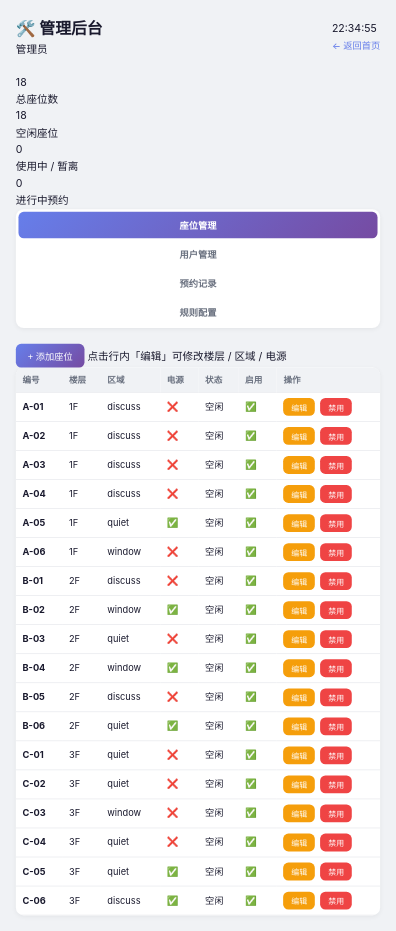
Repository: kinyono/library_seat_system
Page: admin.html
The author's editor kept a copy of each file at every save. The page is drawn from the files as they stood at one save, then again after the next save.
The browser window is 600 px wide. The pictures show the whole page, at 66% of full size.

Above is the page before, as saved 2026-09-24 10:26:20.

After the next save:
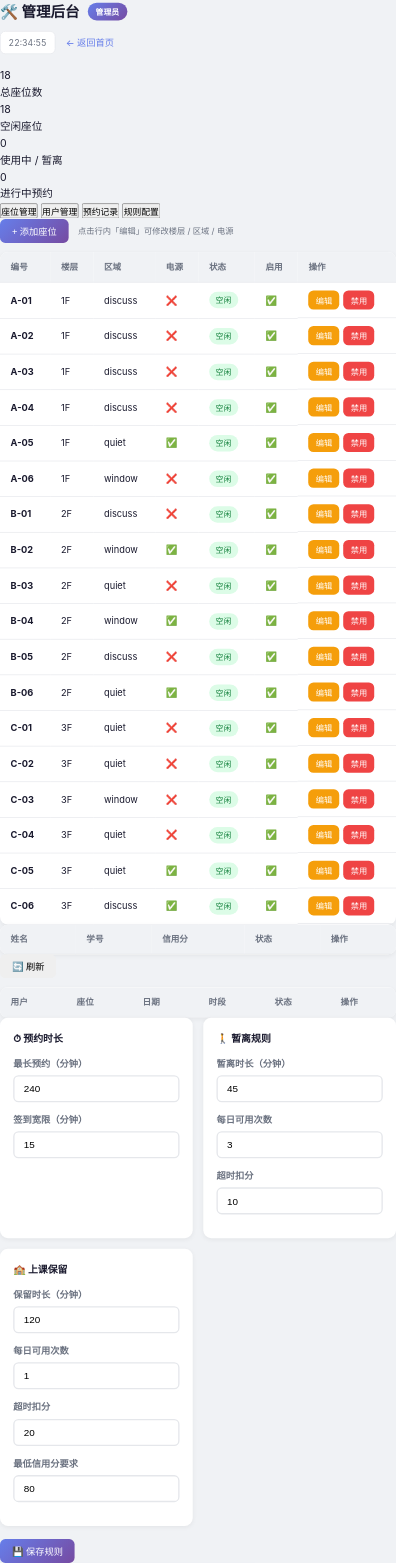
Saved 12 s later.
--- a/css/admin.css
+++ b/css/admin.css
@@ -1,24 +1,64 @@
-.admin-container { max-width: 950px; margin: 0 auto; padding: 24px; }
-.admin-header { display: flex; justify-content: space-between; align-items: center; margin-bottom: 24px; }
-.admin-header h1 { font-size: 24px; }
+/* ===== 后台头部 ===== */
+.admin-header { display: flex; justify-content: space-between; align-items: center; margin-bottom: 20px; flex-wrap: wrap; gap: 12px; }
+.header-left { display: flex; align-items: center; gap: 12px; }
+.header-left h1 { font-size: 22px; }
+.header-right { display: flex; align-items: center; gap: 16px; }
+.admin-badge { background: linear-gradient(135deg, var(--primary), var(--secondary)); color: #fff; padding: 4px 12px; border-radius: 999px; font-size: 12px; font-weight: 600; }
+.realtime-clock { font-size: 13px; color: var(--text-secondary); font-variant-numeric: tabular-nums; padding: 6px 12px; background: var(--bg-white); border: 1px solid var(--border-color); border-radius: var(--radius-sm); }
 .back-link { color: var(--primary); font-weight: 500; font-size: 14px; }
 .back-link:hover { text-decoration: underline; }
-.tabs { display: flex; gap: 4px; margin-bottom: 24px; background: var(--bg-white); border-radius: var(--radius-md); padding: 4px; box-shadow: var(--shadow-sm); }
-.tab-btn { flex: 1; padding: 10px 16px; border: none; background: transparent; border-radius: var(--radius-sm); cursor: pointer; font-size: 14px; font-weight: 600; color: var(--text-secondary); transition: var(--transition); white-space: nowrap; }
-.tab-btn.active { background: linear-gradient(135deg, var(--primary), var(--secondary)); color: #fff; }
-.tab-btn:hover:not(.active) { background: var(--bg-light); }
-.tab-content { display: none; }
-.tab-content.active { display: block; }
-.table-wrapper { overflow-x: auto; background: var(--bg-white); border-radius: var(--radius-md); box-shadow: var(--shadow-sm); }
+
+/* ===== Tab 工具栏 ===== */
+.tab-toolbar { display: flex; align-items: center; gap: 14px; margin-bottom: 14px; flex-wrap: wrap; }
+.toolbar-hint { font-size: 12.5px; color: var(--text-secondary); }
+
+/* ===== 表格 ===== */
+.table-wrapper { background: var(--bg-white); border-radius: var(--radius-md); box-shadow: var(--shadow-sm); overflow-x: auto; }
 table { width: 100%; border-collapse: collapse; }
-th, td { padding: 12px 16px; text-align: left; border-bottom: 1px solid var(--border-color); }
+th, td { padding: 12px 16px; text-align: left; border-bottom: 1px solid var(--border-color); font-size: 14px; }
 th { background: var(--bg-light); font-weight: 600; color: var(--text-secondary); font-size: 13px; }
-td { font-size: 14px; }
-.action-btns { display: flex; gap: 8px; flex-wrap: wrap; }
-.action-btns .btn { font-size: 12px; padding: 5px 12px; }
-.rules-grid { display: grid; grid-template-columns: repeat(auto-fit, minmax(250px, 1fr)); gap: 16px; }
+tbody tr:hover { background: rgba(102,126,234,0.04); }
+.action-btns { display: flex; gap: 6px; flex-wrap: wrap; }
+.btn-sm { padding: 5px 11px; font-size: 12.5px; }
+.empty-cell { text-align: center; color: var(--text-secondary); padding: 30px 16px !important; }
+
+/* ===== 状态标签 ===== */
+.status-tag { display: inline-block; padding: 3px 10px; border-radius: 999px; font-size: 12px; font-weight: 500; white-space: nowrap; }
+.status-tag.status-free       { background: #dcfce7; color: #15803d; }
+.status-tag.status-used       { background: #e0e7ff; color: #3730a3; }
+.status-tag.status-away       { background: #fef3c7; color: #b45309; }
+.status-tag.status-reserved   { background: #e2e8f0; color: #475569; }
+.status-tag.status-maintenance{ background: #fee2e2; color: #b91c1c; }
+.status-tag.status-checked_in { background: #e0e7ff; color: #3730a3; }
+.status-tag.status-class_reserve { background: #fef3c7; color: #b45309; }
+.status-tag.status-active     { background: #e0e7ff; color: #3730a3; }
+.status-tag.status-cancelled  { background: #f1f5f9; color: #94a3b8; }
+
+/* ===== 规则卡片 ===== */
+.rules-grid { display: grid; grid-template-columns: repeat(auto-fit, minmax(260px, 1fr)); gap: 16px; }
 .rule-card { background: var(--bg-white); border-radius: var(--radius-md); padding: 20px; box-shadow: var(--shadow-sm); }
-.rule-card h4 { margin-bottom: 12px; color: var(--text-primary); font-size: 15px; }
-.rule-card .form-group { margin-bottom: 12px; }
-.rule-card .form-group label { font-size: 12px; }
-@media (max-width: 720px) { .tabs { flex-direction: column; } .tab-btn { text-align: center; } .rules-grid { grid-template-columns: 1fr; } th, td { padding: 8px 10px; } }
+.rule-card h4 { margin-bottom: 14px; font-size: 15px; color: var(--text-primary); }
+
+/* ===== Toast（如 style.css 里已有可删此处）===== */
+.toast { position: fixed; top: 20px; left: 50%; transform: translate(-50%, -60px); padding: 10px 20px; border-radius: var(--radius-sm); color: #fff; font-size: 13.5px; box-shadow: var(--shadow-md); z-index: 9999; opacity: 0; transition: all 0.25s ease; pointer-events: none; }
+.toast.show { transform: translate(-50%, 0); opacity: 1; }
+.toast-success { background: var(--success); }
+.toast-error   { background: var(--danger); }
+.toast-info    { background: var(--info); }
+
+/* ===== 弹窗 ===== */
+.modal-mask { position: fixed; inset: 0; background: rgba(17,24,39,0.5); display: flex; align-items: center; justify-content: center; z-index: 1000; }
+.modal-box { background: var(--bg-white); border-radius: var(--radius-md); width: 400px; max-width: 92vw; box-shadow: var(--shadow-lg); overflow: hidden; }
+.modal-header { display: flex; justify-content: space-between; align-items: center; padding: 16px 20px; border-bottom: 1px solid var(--border-color); }
+.modal-header h3 { font-size: 16px; }
+.modal-close { cursor: pointer; color: var(--text-secondary); font-size: 16px; padding: 4px; }
+.modal-close:hover { color: var(--danger); }
+.modal-body { padding: 20px; }
+.modal-footer { padding: 14px 20px; border-top: 1px solid var(--border-color); display: flex; justify-content: flex-end; gap: 10px; }
+
+/* ===== 响应式 ===== */
+@media (max-width: 720px) {
+    .tabs { flex-wrap: wrap; }
+    .tab-btn { flex: 1 1 40%; text-align: center; }
+    .admin-header { flex-direction: column; align-items: flex-start; }
+}
